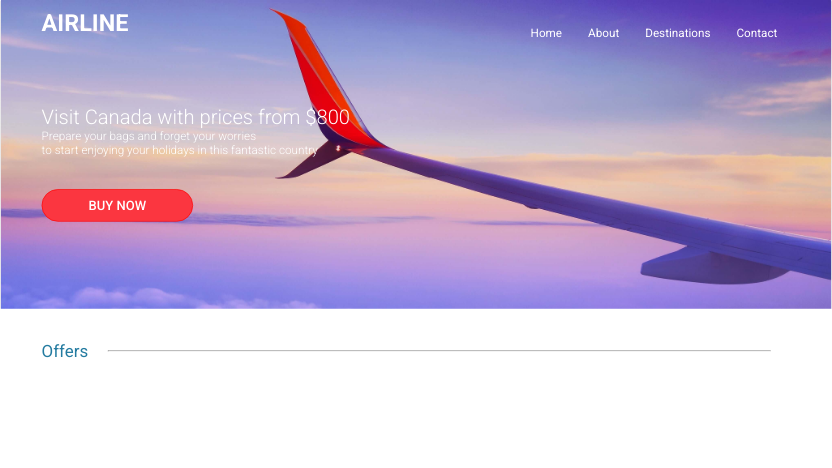
Repository: Cherced/AIRLINES
Page: /
These files come from the project's save history. The page is drawn as it stood at one moment and after the next save; the edit follows.
The browser window is 1280 px wide. The pictures show the whole page, at 65% of full size.
The project was rebuilt for these pictures with package versions that can differ from the ones it lists, and the page was loaded fresh each time. The framework's server and built-in components were replaced by stand-ins that run in the browser. Also part of the build but not shown: components/atoms/Footer/SocialMedia.jsx, components/atoms/Footer/MoreToUs.jsx, components/molecules/Footer.jsx.

Above is the page before, as saved 2022-06-30 14:12:01.

After the next save:
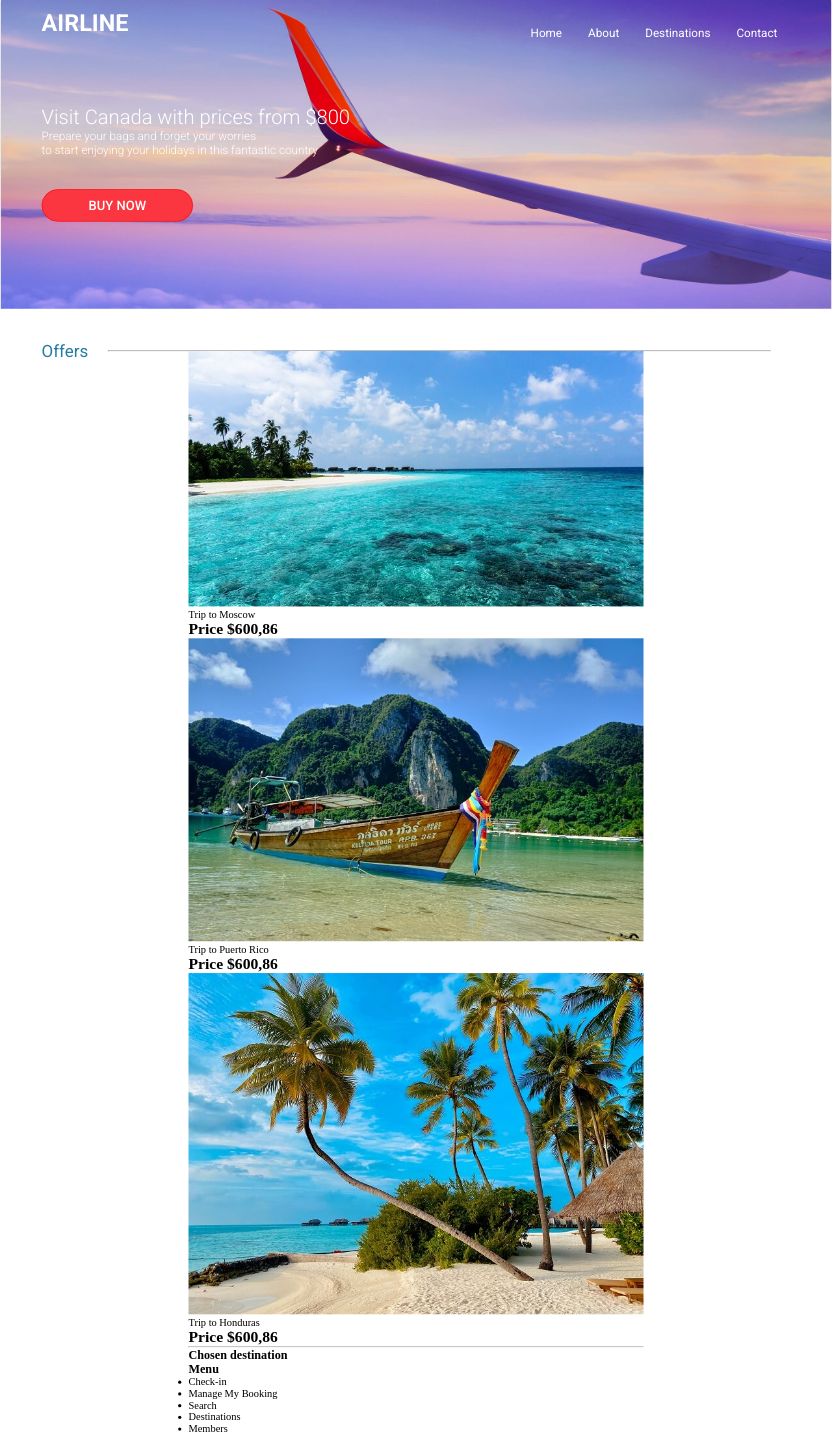
Saved 41 s later.
--- a/components/molecules/Offers.jsx
+++ b/components/molecules/Offers.jsx
@@ -8,14 +8,14 @@ export const Offers = () => {
     <div className="offers-Title--Container">
         <h1>Offers</h1> <hr />
     </div>
-    {/* <div className="offers-BoxModel--Container">
+    <div className="offers-BoxModel--Container">
         <div className="offers-BoxModel-Content">
         <TripsOffer/>
         <hr />
         <h3>Chosen destination</h3>
         </div>
         <Menu/>
-    </div> */}
+    </div>
     </section>
   )
 }
